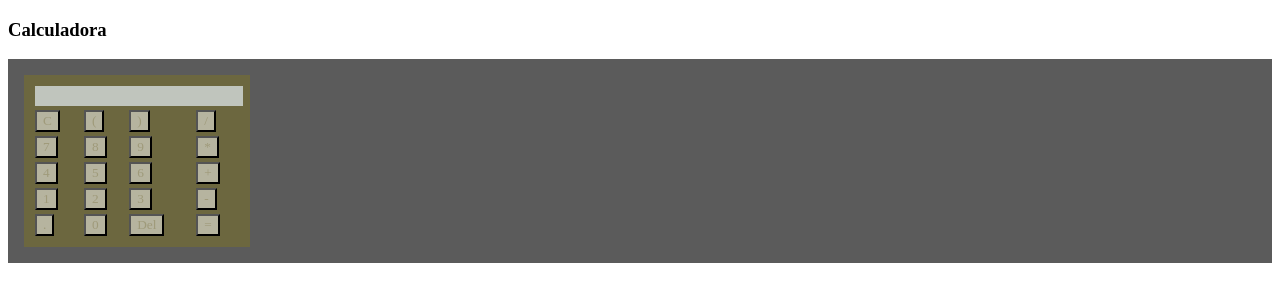
Repository: ServerK001/CalcJsVanilha
Page: index.html
These files come from the project's save history. The page is drawn as it stood at one moment and after the next save; the edit follows.
The browser window is 1280 px wide. The pictures show the whole page.
Some web fonts or font styles are not loaded; a fallback is used.

Above is the page before, as saved 2022-02-14 08:45:07.

After the next save:
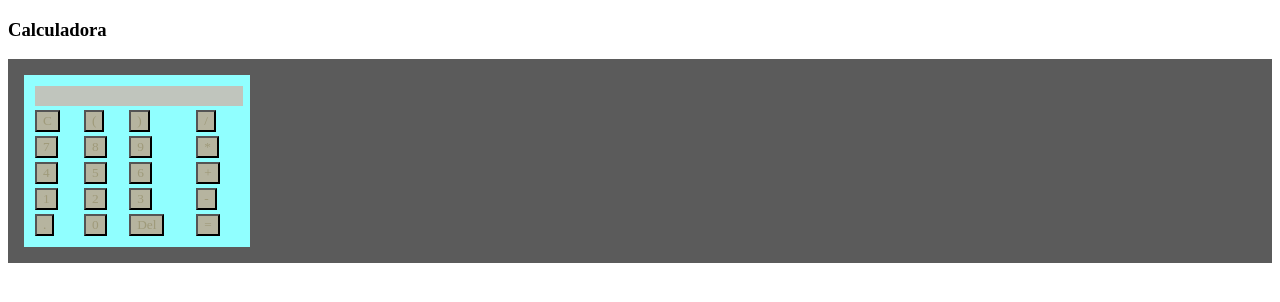
Saved 11 h 56 min later.
--- a/style.css
+++ b/style.css
@@ -3,7 +3,7 @@
     --font-display:#435338;
     --displayBG:#c0c5bd;
 
-    --bgCalc:#6c673f;
+    --bgCalc:#90FFFF;
     --bgBtn:#b6b49f;
     --bgConteiner:#5b5b5b;
 
